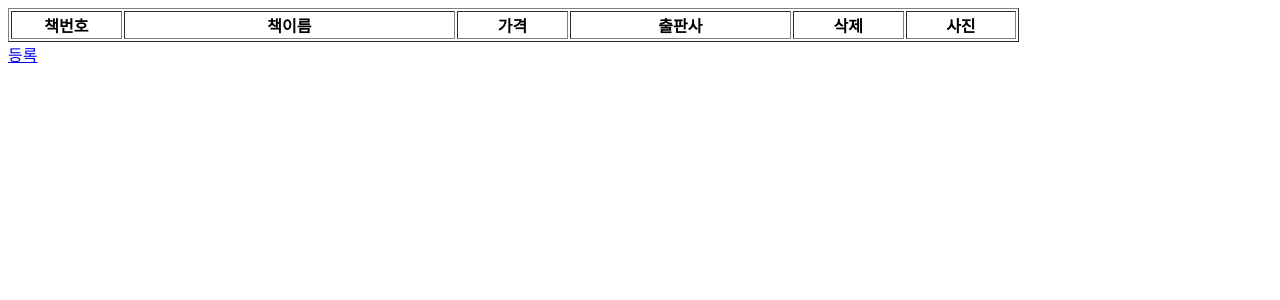
Repository: beom324/jsp-servlet
Page: http://localhost/day1228/listBook.do
These files come from the project's save history. The page is drawn as it stood at one moment and after the next save; the edit follows.
The browser window is 1280 px wide. The pictures show the whole page.
The page is served by Tomcat 9.

Above is the page before, as saved 2023-12-28 07:58:19.

After the next save:
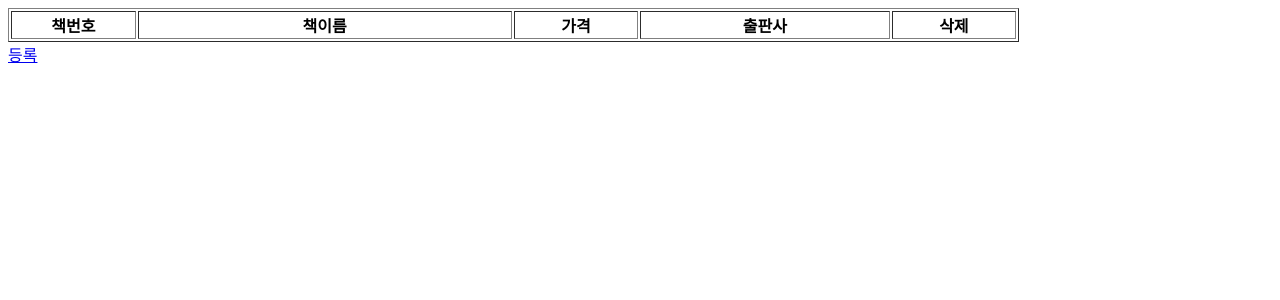
Saved 55 s later.
--- a/day1228/src/main/webapp/listBook.jsp
+++ b/day1228/src/main/webapp/listBook.jsp
@@ -17,7 +17,7 @@
 		<th width="10%">가격</th>
 		<th width="20%">출판사</th>
 		<th width="10%">삭제</th>
-		<th width ="10%">사진</th>
+
 	</tr>
 	<c:forEach var="list" items="${list}" >
 	<tr>
@@ -26,7 +26,7 @@
 		<td>${list.price}</td>
 		<td>${list.publisher}</td>
 		<td><a href="deleteBook.do?bookid=${list.bookid}">삭제</a></td>
-		<td><img src=${list.fname}></td>
+
 	</tr>
 	</c:forEach>
 </table>
